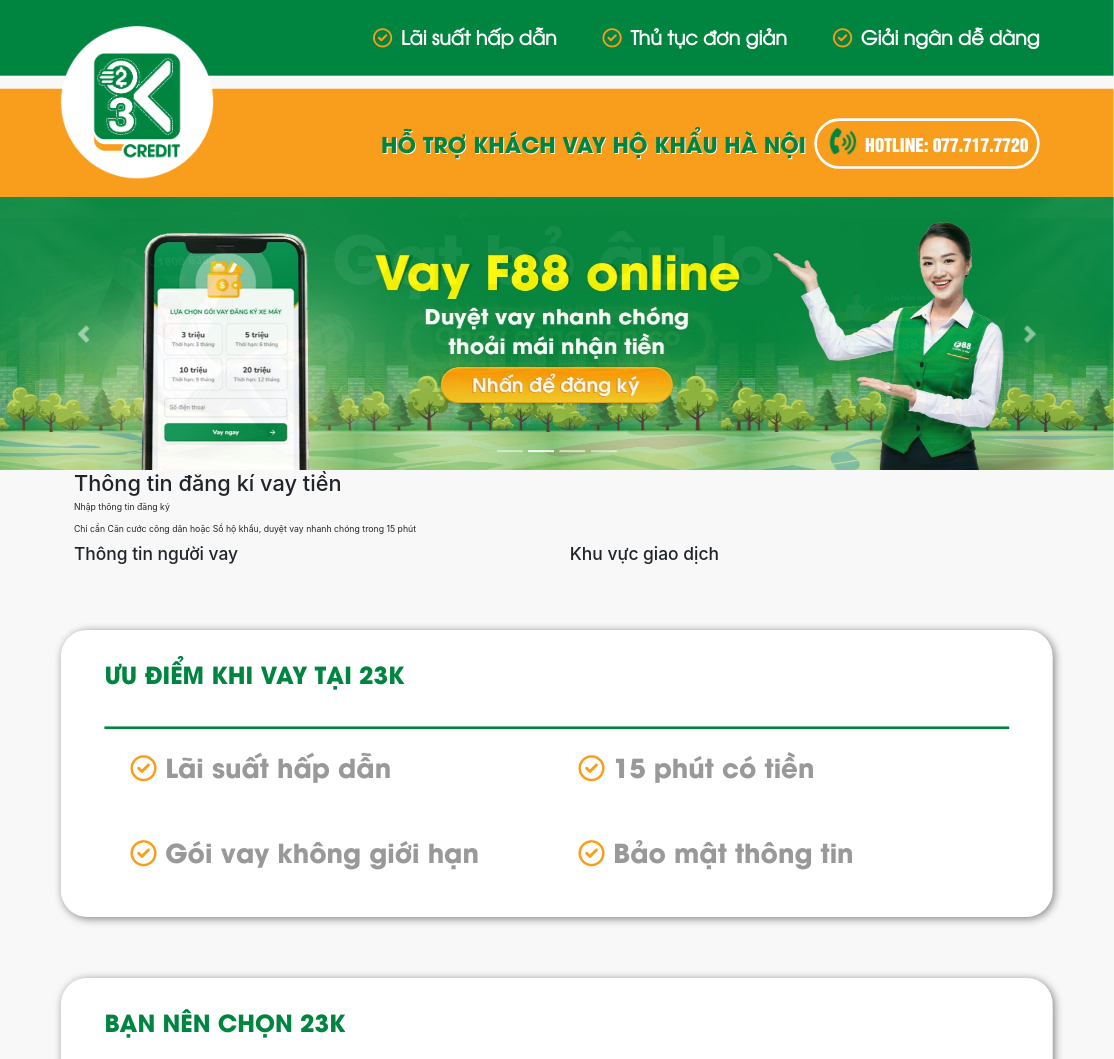
Repository: anhtu2110/23k.vn
Page: theme/index.html
These files come from the project's save history. The page is drawn as it stood at one moment and after the next save; the edit follows.
The browser window is 1280 px wide. The pictures show the part of the page from y = 0 to 1217 px (the page is 2058 px tall before and 2109 px after), at 87% of full size.
A picture or video elsewhere on the page could not be fetched, so the positions and the page height are approximate.

Above is the page before, as saved 2022-12-29 23:09:39.

After the next save:
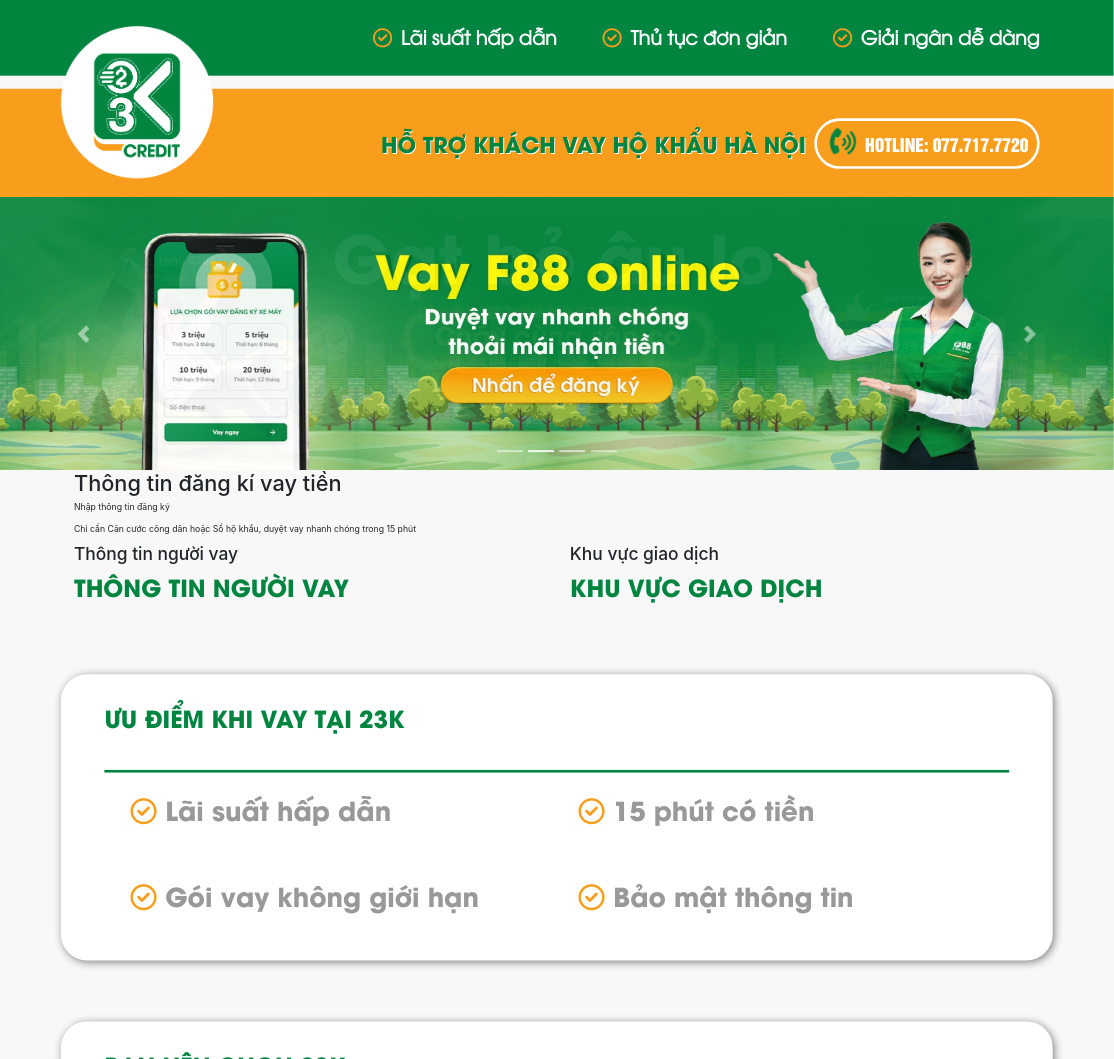
Saved 4 min 55 s later.
--- a/theme/index.html
+++ b/theme/index.html
@@ -111,9 +111,11 @@
                                 <div class="row">
                                     <div id="info-customer" class="col-md-6">
                                         <h2 class="title-form">Thông tin người vay</h2>
+                                        <p class="title">Thông tin người vay</p>
                                     </div>
                                     <div id="trading-ara" class="col-md-6">
                                         <h2>Khu vực giao dịch</h2>
+                                        <p class="title">Khu vực giao dịch</p>
                                     </div>
                                 </div>
                             </form>
